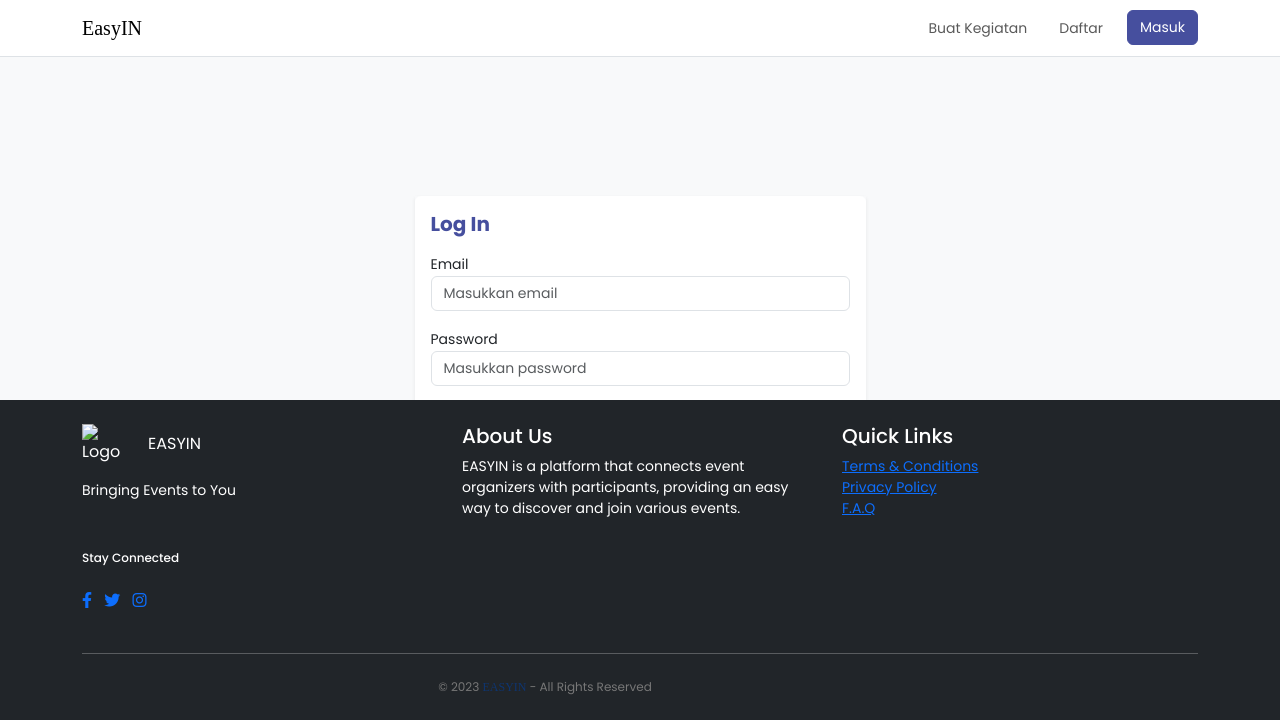
Repository: Imadaaa/Ticketing_Online
Page: http://localhost/login
These files come from the project's save history. The page is drawn as it stood at one moment and after the next save; the edit follows.
The browser window is 1280 px wide. The pictures show the whole page.
Some web fonts or font styles are not loaded; a fallback is used. The page is served by the project's Laravel application, run on PHP 8.4 with Laravel 10.

Above is the page before, as saved 2023-08-22 02:25:38.
Console error: ReferenceError: $ is not defined

After the next save:
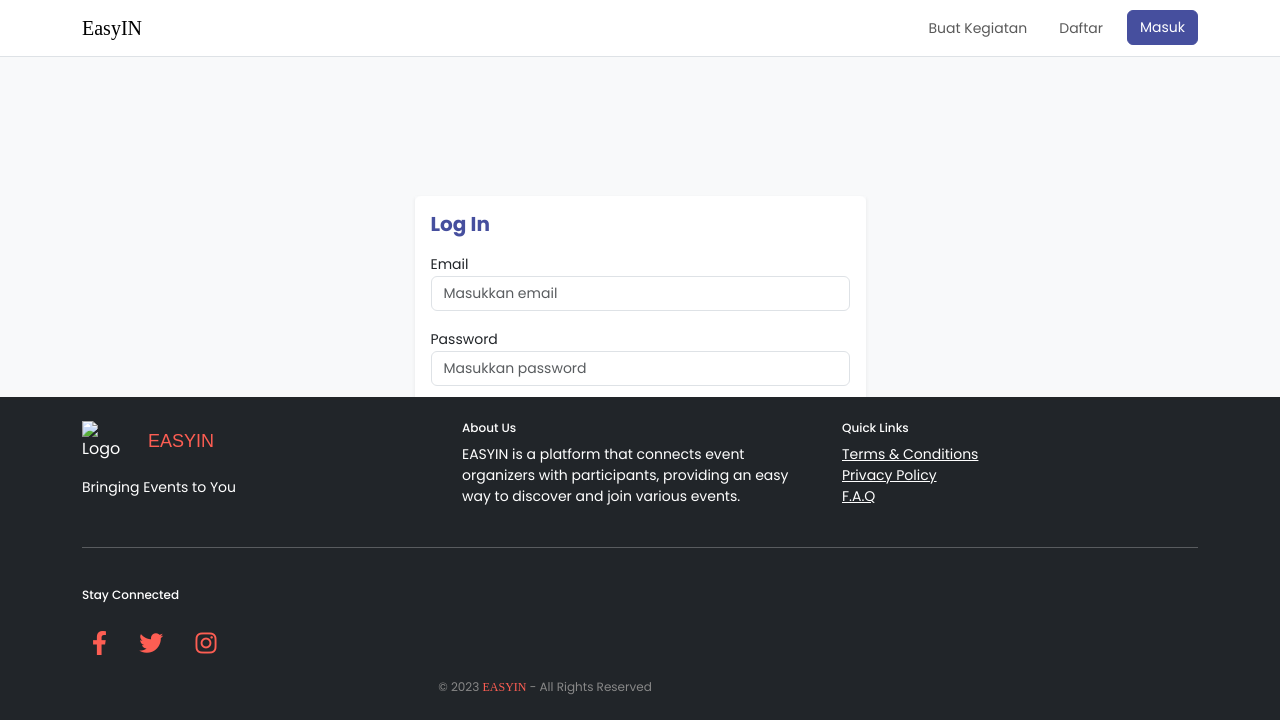
Saved 6 min 33 s later.
--- a/resources/views/template/landing-page/partials/_footer.blade.php
+++ b/resources/views/template/landing-page/partials/_footer.blade.php
@@ -1,45 +1,66 @@
 <footer class="bg-dark text-white py-4 {{ request()->is('login') || request()->is('register') ? 'footer-fixed' : '' }}">
-    <div class="container slider">
+    <div class="container">
         <div class="row">
             <div class="col-md-4">
                 <div class="d-flex align-items-center">
-                    <img src="{{ asset('storage/img/logo/Steam_icon.png') }}" alt="Logo" class="logo me-3"
-                        style="max-width: 50px;">
-                    <p class="fs-10 mb-0">EASYIN</p>
+                    <img src="{{ asset('storage/img/logo/Steam_icon.png') }}" alt="Logo" class="logo me-3" style="max-width: 50px;">
+                    <p class="fs-12 mb-0 unique-font">EASYIN</p>
                 </div>
                 <p class="mt-3 fs-14">Bringing Events to You</p>
             </div>
             <div class="col-md-4">
-                <h5 class="fs-10">About Us</h5>
-                <p class="fs-14">EASYIN is a platform that connects event organizers with participants, providing an
-                    easy way to discover and join various events.</p>
+                <h5 class="fs-12">About Us</h5>
+                <p class="fs-14">EASYIN is a platform that connects event organizers with participants, providing an easy way to discover and join various events.</p>
             </div>
             <div class="col-md-4">
-                <h5 class="fs-10">Quick Links</h5>
+                <h5 class="fs-12">Quick Links</h5>
                 <ul class="list-unstyled fs-14">
-                    <li><a href="#">Terms & Conditions</a></li>
-                    <li><a href="#">Privacy Policy</a></li>
-                    <li><a href="#">F.A.Q</a></li>
-                </ul>
-            </div>
-            <div class="col-md-10 mt-3">
-                <h5 class="fs-12 mb-4">Stay Connected</h5>
-                <ul class="list-inline social-icons">
-                    <li class="list-inline-item"><a href="#" class="social-link"><i
-                                class="fab fa-facebook-f"></i></a></li>
-                    <li class="list-inline-item"><a href="#" class="social-link"><i
-                                class="fab fa-twitter"></i></a></li>
-                    <li class="list-inline-item"><a href="#" class="social-link"><i
-                                class="fab fa-instagram"></i></a></li>
+                    <li><a href="#" class="text-white">Terms & Conditions</a></li>
+                    <li><a href="#" class="text-white">Privacy Policy</a></li>
+                    <li><a href="#" class="text-white">F.A.Q</a></li>
                 </ul>
             </div>
         </div>
         <hr class="my-4">
         <div class="row">
+            <div class="col-md-10 mt-3">
+                <h5 class="fs-12 mb-4">Stay Connected</h5>
+                <ul class="list-inline social-icons">
+                    <li class="list-inline-item"><a href="#" class="social-link"><i class="fab fa-facebook-f"></i></a></li>
+                    <li class="list-inline-item"><a href="#" class="social-link"><i class="fab fa-twitter"></i></a></li>
+                    <li class="list-inline-item"><a href="#" class="social-link"><i class="fab fa-instagram"></i></a></li>
+                </ul>
+            </div>
+        </div>
+        <div class="row">
             <div class="col-md-10 text-center">
-                <p class="fs-12 mb-0" style="color: #777;">&copy; {{ date('Y') }} <span class="text-title"
-                        style="color: #0f356f;">EASYIN</span> - All Rights Reserved</p>
+                <p class="fs-12 mb-0" style="color: #888;">&copy; {{ date('Y') }} <span class="text-title" style="color: #fd5e53;">EASYIN</span> - All Rights Reserved</p>
             </div>
         </div>
     </div>
 </footer>
+
+<style>
+    .footer-fixed {
+        position: absolute;
+        bottom: 0;
+        width: 100%;
+    }
+
+    .unique-font {
+        font-family: 'Audiowide', sans-serif;
+        font-size: 18px;
+        color: #fd5e53;
+    }
+
+    .social-link {
+        font-size: 24px;
+        color: #fd5e53;
+        margin: 0 10px;
+        transition: transform 0.3s ease-in-out;
+    }
+
+    .social-link:hover {
+        transform: scale(1.2);
+    }
+</style>
